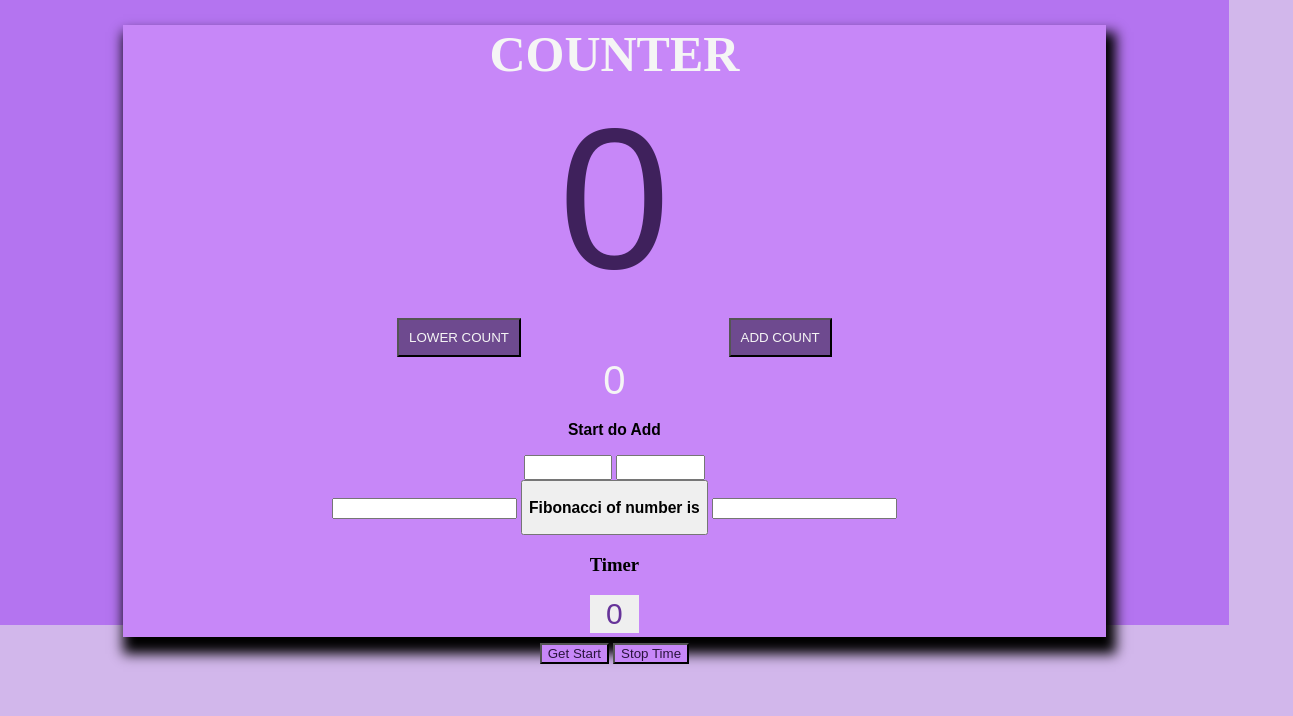
Repository: AnahitKhechumyan/Counter
Page: index.html
An editor plug-in stored every save of this project. The page is shown before and after the next save, followed by the edit.
The browser window is 1280 px wide. The page is 1280 px wide, then 1293 px, then 1280 px, so the pictures cover 1293 px, including what lies to the right of the window. The pictures show the whole page.

Above is the page before, as saved 2022-02-15 23:50:50.

### index.html
<!DOCTYPE html>
<html lang="en">
<head>
    <meta charset="UTF-8">
    <meta http-equiv="X-UA-Compatible" content="IE=edge">
    <meta name="viewport" content="width=device-width, initial-scale=1.0">
    <link rel="stylesheet" href="style.css">
    <title>Counter</title>
</head>
<body>
    <div class="container">
       <div class="main">
            <div class="header">COUNTER</div>
            <button class= "counter">0</button>
            <div class = "change">
                 <button class ="decrement" type="button">LOWER COUNT</button>
                 <button class ="increment" type="button">ADD COUNT</button>
            </div>
            <button class= "sum">0</button> <br>
            <button class= "add" type="button"><h3>Start do Add</h3></button>
            <div >
                <input class ="firstInput" type="text" />
                <input class ="secondInput" type = "text"/>
           </div>
           <input class= "inputNumber" type="text"/>
           <button class= "fibonacci" type="button"><h3>Fibonacci of number is</h3></button>
           <input class= "inputFibonacci" type="text"/>
           <h3>Timer</h3>
           <button class= "timer">0</button>
            <div>
                <button class ="getTime">Get Start</button>
                <button class ="stopTime">Stop Time</button>
           </div>
        </div>
    </div>
    <script src= "script.js"></script>
</body>
</html>

### style.css
body{
    margin: 0;
    background-color: rgb(210, 183, 235);
}
.container{
    background-color: rgb(180, 116, 240);
    width: 96%;
    height: 85vh;

    padding-top: 1%;

}
.main{
    background-color: rgb(199, 135, 248);
    width: 80%;
    height: 85vh;
    margin: 1% 10%;
    box-shadow: 5px 12px 12px 5px;
    text-align: center;
}
.header{
    text-align: center;
    color:whitesmoke;
    font-size: 50px;
    font-weight: 700;
}

.counter{
    border:none;
    font-size:200px;
    color:rgb(63, 33, 92);
    background-color:rgb(199, 135, 248) ;

}
 .change{
     background-color:  rgb(199, 135, 248);
     font-size: 30px;
 }
.decrement{
    padding:10px;
    margin-right: 100px;
   background-color: rgb(110, 74, 143);
   color:whitesmoke;
}
.decrement:hover{
    background-color:whitesmoke;
    color:rgb(110, 74, 143);
    cursor:pointer;
}
.increment{
    padding:10px;
    margin-left: 100px;
    background-color: rgb(110, 74, 143);
    color:whitesmoke;
}
.increment:hover{
    background-color:whitesmoke;
    color:rgb(110, 74, 143);
    cursor:pointer;
}
.sum{
    border:none;
    background-color: rgb(199, 135, 248);
    color:whitesmoke;
    font-size: 40px;
}
.firstInput, .secondInput{
    width: 8%;
    padding:3px;
}
.timer{
    padding:2px 3px;
    font-size: 30px;
   width: 5%;
   border:none;
   color:rebeccapurple;
}

.getTime, .stopTime{
    margin-top:1%;
    background-color:rgb(199, 135, 248);
    color:rgb(41, 20, 61);
    cursor:pointer;
}
.getTime:hover, .stopTime:hover{
    background-color: whitesmoke;
    font-weight: 200;
}
h3{
    cursor:pointer;
}
.add{
    border:none;
    background-color: rgb(199, 135, 248);
}

### script.js
let counterElem = document.querySelector('.counter');
let addCount = document.querySelector('.increment');
let lowerCount =document.querySelector('.decrement');
let getTimer = document.querySelector('.getTime');
let stopTimer = document.querySelector('.stopTime');
let goTimer = document.querySelector('.timer');
let startAdd = document.querySelector('.add');
let addSum = document.querySelector('.sum');
let firstNum = document.querySelector('.firstInput');
let secondNum = document.querySelector('.secondInput');


    let count = 0;
    updateDisplay();

 addCount.addEventListener("click",()=>{
    count++;
    updateDisplay();
});
lowerCount.addEventListener("click",()=>{
    count--;
    updateDisplay();
});

function updateDisplay(){
    counterElem.innerHTML = count;
};


startAdd.addEventListener("click",()=>{
    let x = firstNum.value;
    let y = secondNum.value;
   addSum.innerHTML = add(x)(y);
   firstNum.value= " ";
   secondNum.value = " ";

});

 let sum = 0;
function add(x){
    return  function(y){
     return Number(x) + Number(y);
    }
};


    countTime=0;
 function getTime(){
    countTime++;
    goTimer.innerHTML = countTime;
 }
   let timer = 0;
  getTimer.addEventListener("click",()=>{
    timer = setInterval(getTime,1000);
});

stopTimer.addEventListener("click",()=>{
    clearInterval(timer);
    countTime = 0;
    goTimer.innerHTML = 0;
});

After the next save:
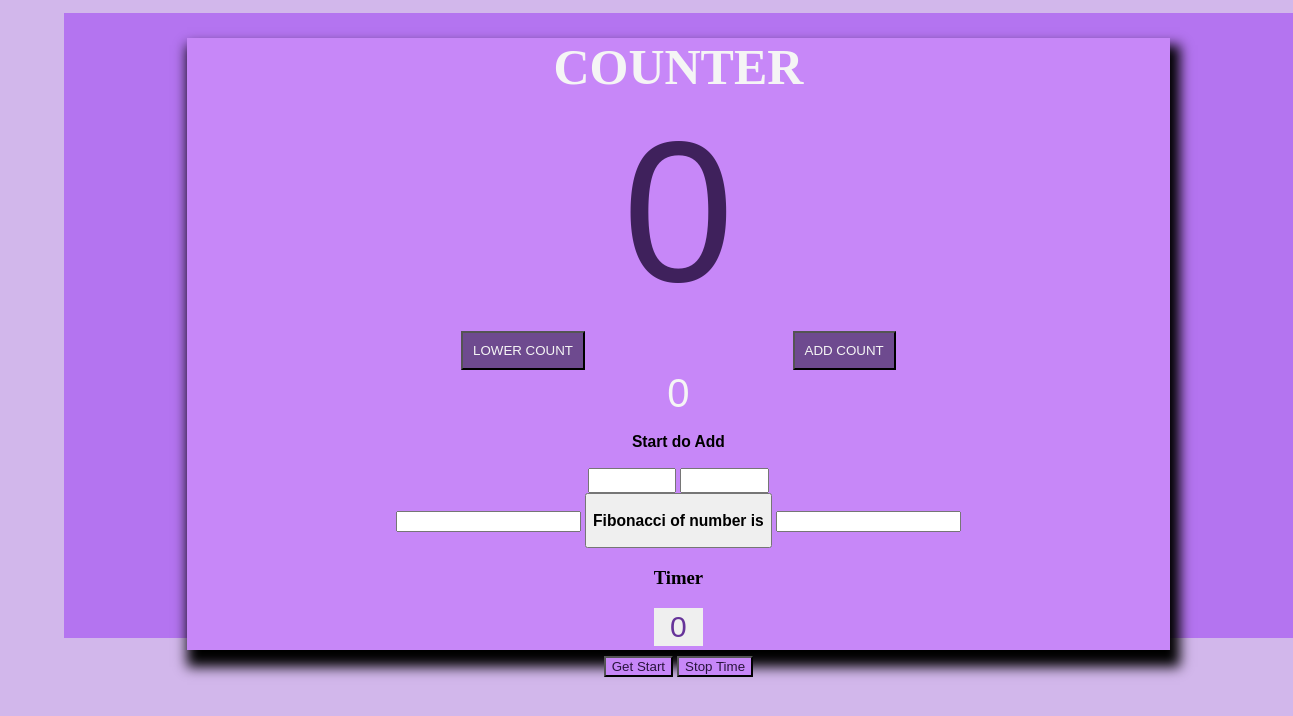
Saved 44 s later.
--- a/style.css
+++ b/style.css
@@ -6,7 +6,7 @@
     background-color: rgb(180, 116, 240);
     width: 96%;
     height: 85vh;
-
+    margin: 1% 5%;
     padding-top: 1%;
 
 }

After the save that followed:
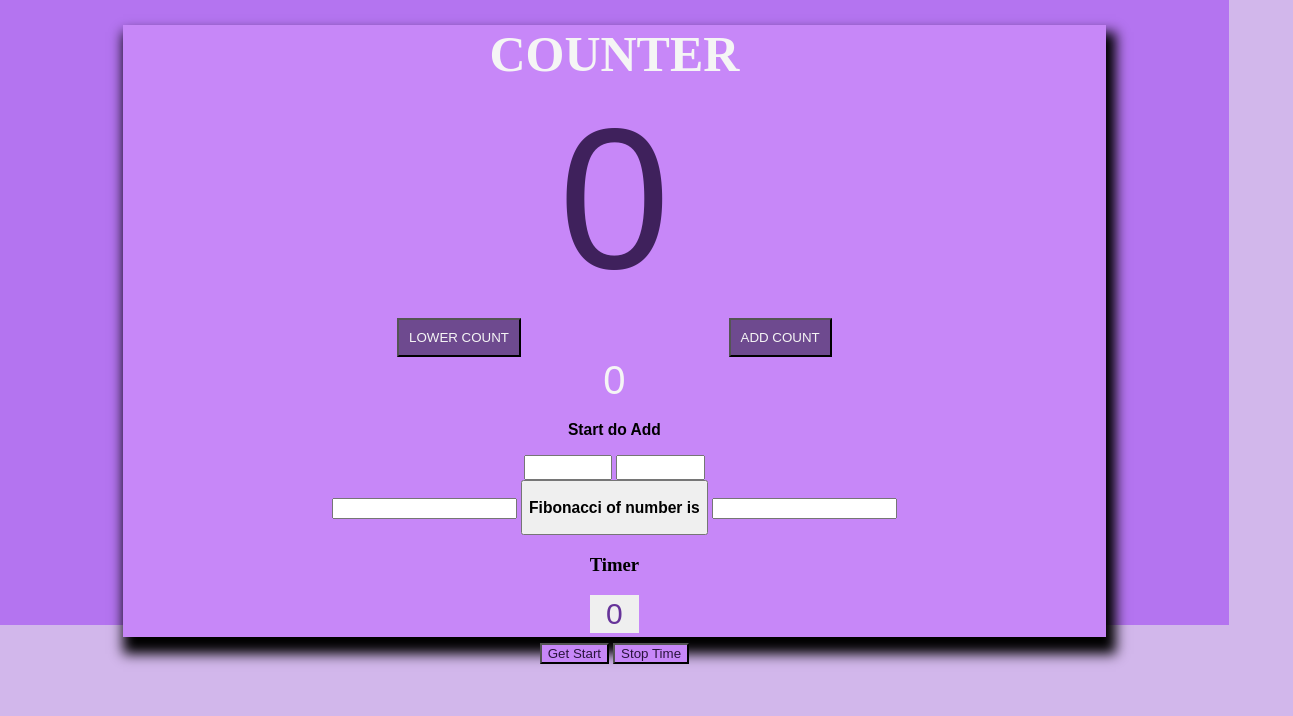
Saved 63 s later.
--- a/style.css
+++ b/style.css
@@ -6,7 +6,7 @@
     background-color: rgb(180, 116, 240);
     width: 96%;
     height: 85vh;
-    margin: 1% 5%;
+    margin-right:2%;
     padding-top: 1%;
 
 }
